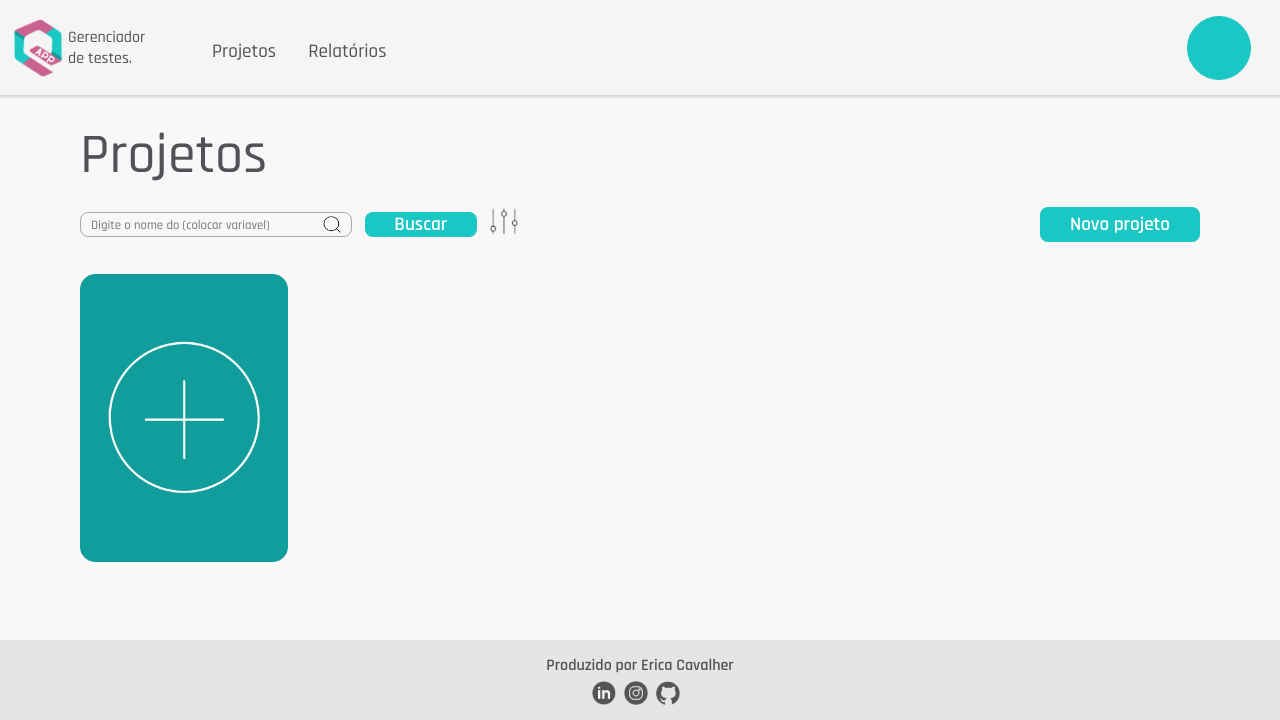
Repository: kika-cavalher/qapp-web
Page: /
These files come from the project's save history. The page is drawn as it stood at one moment and after the next save; the edit follows.
The browser window is 1280 px wide. The pictures show the whole page.
The page's requests for data from a server got no answer. The project was rebuilt for these pictures with package versions that can differ from the ones it lists, and the page was loaded fresh each time. No one was signed in, and anything a server would have sent is missing. Also part of the build but not shown: src/components/Global/modal/style.scss, src/components/Global/modal/index.tsx, src/hooks/useAuth.ts, src/styles/pages/signIn.scss, src/components/Pages/auth/SignIn.tsx, src/styles/pages/signUp.scss, src/components/Pages/auth/SignUp.tsx. Imported but missing from the stored project, and not drawn on this page: src/components/PageDefault/head/logo/logo.

Above is the page before, as saved 2022-03-24 18:25:23.

### public/index.html
<!DOCTYPE html>
<html lang="pt-br">
  <head>
    <meta charset="utf-8" />
    <meta name="viewport" content="width=device-width, initial-scale=1" />

    <link rel="preconnect" href="https://fonts.googleapis.com">
    <link rel="preconnect" href="https://fonts.gstatic.com" crossorigin>
    <link href="https://fonts.googleapis.com/css2?family=Rajdhani:wght@300;400;500;600;700&display=swap" rel="stylesheet">

    <title>QApp</title>
  </head>
  <body>
    <noscript>You need to enable JavaScript to run this app.</noscript>
    <div id="root"></div>
  </body>
</html>

### src/index.tsx
import React from 'react';
import ReactDOM from 'react-dom';
import App from './App';

import './styles/styles.scss';
import './services/firebase'


ReactDOM.render(
  <React.StrictMode>
    <App />
  </React.StrictMode>,
  document.getElementById('root')
);

### src/App.tsx
import { AuthContextProvider } from './contexts/AuthContext'
import { BrowserRouter, Routes, Route } from "react-router-dom";

import { ProjectPage  } from "./components/Pages/project";
import { LoginPage } from "./components/Pages/auth/signIn";
import { RegisterPage } from "./components/Pages/auth/signUp";


function App() {
  return (
    <BrowserRouter>
      <AuthContextProvider>
        <Routes>
          <Route path="/" element={<ProjectPage  />} />
          <Route path="auth/sign-in" element={<LoginPage />} />
          <Route path="auth/sign-up" element={<RegisterPage  />} />
        </Routes>
      </AuthContextProvider>
    </BrowserRouter>
  );
}

export default App;

### src/styles/styles.scss
@import 'variables.scss';

* {
    box-sizing: border-box;
    margin: 0;
    padding: 0;
  }

  body {
    background: $white-offwhite;
    color: $dark-grey;
  }

  body, input, button, textarea {
    font: 400 16px 'Rajdhani', sans-serif;
  }

### src/services/firebase.ts
import firebase from 'firebase/compat/app';
import 'firebase/compat/auth';
import { getFirestore } from "firebase/firestore";


const firebaseConfig = {
  apiKey: process.env.REACT_APP_API_KEY,
  authDomain: process.env.REACT_APP_AUTH_DOMAIN,
  databaseURL: process.env.REACT_APP_DATABASE_URL,
  projectId: process.env.REACT_APP_PROJECT_ID,
  storageBucket: process.env.REACT_APP_STORAGE_BUCKET,
  messagingSenderId: process.env.REACT_APP_MESSAGING_SENDER_ID,
  appId: process.env.REACT_APP_APP_ID
};

firebase.initializeApp(firebaseConfig);

const auth = firebase.auth();
const database = getFirestore();

export { firebase, auth, database }

### src/contexts/AuthContext.tsx
import { createContext, ReactNode, useEffect, useState } from "react";
import { createUserWithEmailAndPassword, signInWithEmailAndPassword, getAuth } from "firebase/auth"
import firebase from "firebase/compat";


type User = {
  email: string;
  password: string;
}

type AuthContextProviderProps = {
  children?: ReactNode | undefined;
}

type AuthContextType = {
  user: User | undefined;
  signIn: (props: User) => Promise<void>;
  signUp: (props: User) => Promise<void>;
  // signInWithGoogle: () => Promise<void>;
}


export const AuthContext = createContext({} as AuthContextType);

export const AuthContextProvider = (props: AuthContextProviderProps) => {
  const [user, setUser] = useState<User>();
  const auth = getAuth();


  const signIn = async (props: User) => {
    signInWithEmailAndPassword(auth, props.email, props.password)
    .then((userCredential) => {
      if (!userCredential) {
        throw new Error('Missing information from Google Account.');
      }
      setUser({
        email: props.email,
        password: props.password
      })
    })
    .catch((error) => {
      console.log(error.code & error.message);
    })
  }


  const signUp = async (props: User) => {
    createUserWithEmailAndPassword(auth, props.email, props.password)
    .then((userCredential) => {
      console.log(userCredential.user);
    })
    .catch((error) => {
      console.log(error.code & error.message);
    })
  };

  // async function signInWithGoogle() {
  //   const provider = new firebase.auth.GoogleAuthProvider();
  //   const result = await auth.signInWithPopup(provider);
  //   .then((userCredential) => {
  //     if (!userCredential) {
  //       throw new Error('Missing information from Google Account.');
  //     }
  //     setUser({
  //       email: email,
  //       password: password
  //     })
  //   })
  //   .catch((error) => {
  //     console.log(error.code & error.message);
  //   })
  // }

  useEffect(() => {
    const unsubscribe = auth.onAuthStateChanged(user => {
      if (user) {
        const { email } = user

        if (!email) {
          throw new Error('Missing information from your Account.');
        }
        setUser({
          email: email,
          //erro , onde pega a senha?
          password: user.refreshToken
        })
      }
    })

    return () => {
      unsubscribe();
    }
  }, [])

  //useImperativeHandle?

  return (
    <AuthContext.Provider  value={{user, signIn, signUp}}>
      {props.children}
    </AuthContext.Provider>
  )

}

### src/components/Pages/project/index.tsx
import { useCallback, useRef } from "react";

import { TopMenu } from "../../PageDefault/head/menu";
import { Search } from "../../Global/search";
import { Footer } from "../../PageDefault/footer";
import Modals, { ModalHandles } from "../../Global/modal";
import { Button } from "../../Global/button";

import iconAdd from '../../../assets/icon/add.png';
import './style.scss'

export function ProjectPage () {
    const arrumarVariavel = "Projetos";
    const modalRef = useRef<ModalHandles>(null)

    const handleOpenModal = useCallback(() => {
        modalRef.current?.openModal();
    }, [])


    return (
        <div id="page-project">
            <TopMenu />
                <div className='page-project--main__container'>
                    <div className='page-project--container__title'>
                        <h1>{arrumarVariavel}</h1>
                    </div>
                <div className='page-project--container__options'>
                    <Search />
                    <Button
                    onClick={handleOpenModal}
                    className="btn-open-modal">
                        Novo projeto
                    </Button>
                </div>
                <Modals ref={modalRef}/>
                    <div className='page-project--cards'>
                        <div className='page-project--cards__new'>
                            <div className='page-project--cards__new--icon'>
                                <input className='page-project--cards__new--img' type="image" src={iconAdd} alt="icone de orientação para adicionar novo projeto"/>
                            </div>
                        </div>
                    </div>
                </div>
            <Footer />
        </div>
    )
}

### src/styles/variables.scss
//colors
$white: #fff;
$white-offwhite: #f8f8f8;
$dark-offwhite: #f5f5f5;

$transparente: rgba(255, 255, 255, -0.1);
$grey-with-transparency: rgba(0, 0, 0, 0.041);
$black-with-transparency: rgba(0, 0, 0, 0.7);

$light-grey: #e7e4e4;
$medium-grey: #c6c6c9;
$dark-grey: #515158;
$grey_border: #a8a8b3;

$turquoise: #1ac7c5;
$dark-greenish: #119d9c;

$dark-pink: #c86291;
$light-pink: #f8eaea;

$red_google: #ea4335;

// media queries
$monitor-width: 1300px;
@mixin monitor {
    @media (min-width: #{$monitor-width}) {
        @content;
    }
}

$notebook-width: 1300px;
$notebook-height: 700px;
@mixin notebook {
    @media (max-width: #{$notebook-width}) and (min-height: #{$notebook-height}){
        @content;
    }
}

$tablet-width: 850px;
@mixin tablet {
    @media (max-width: #{$tablet-width}){
        @content;
    }
}

$phone-width: 500px;
@mixin phone {
    @media (max-width: #{$phone-width}){
        @content;
    }
}

$screen-slim: 700px;
@mixin slim {
    @media (max-height: #{$screen-slim}) {
        @content;
    }
}

### src/components/PageDefault/head/menu/index.tsx
import { Link } from 'react-router-dom'

import './style.scss'
import Logo from '../logo';

export function TopMenu () {



    return (
        <div id="component--top-menu">
             <div className='component--top-menu__logo'>
                <Logo />
                <p>Gerenciador de testes.</p>
            </div>
            <div className='component--top-menu__pages'>
                <ul className='top-menu__list'>
                    <li className='top-menu__itens'>
                        <Link to='/' className='top-menu__pages--project'>Projetos
                        </Link>
                    </li>
                </ul>
                <ul className='top-menu__list'>
                    <li className='top-menu__itens'>
                        <Link to='/' className='top-menu__pages--reports'>Relatórios
                        </Link>
                    </li>
                </ul>
            </div>
            <div className='component--top-menu__user'>
                <div className='component--user__round'>
{/*                     <h1>{initials}</h1> */}
                </div>
            </div>
        </div>
    )
}

### src/components/Global/search/index.tsx
import { Button } from '../button';

import iconSearch from '../../../assets/icon/search.png';
import iconFilter from '../../../assets/icon/filter.png';
import './style.scss'


export function Search () {
    return (
        <div id="component--search">
            <div className='component--search__input'>
                <input type="text" placeholder="Digite o nome do (colocar variavel)"/>
                <div className='search__input--icon'>
                    <img id="icon-search" src={iconSearch} alt="icone de identificação visual do campo de busca" />
                </div>
            </div>
            <Button
            type="submit"
            className="btn__search">
                Buscar
            </Button>
            <div className='component--filters'>
                <img id="icon-filter" src={iconFilter} alt="icone de identificação visual das opções de filtragem" />
            </div>
        </div>
    )
}

### src/components/PageDefault/footer/index.tsx

import iconLinkedin from '../../../assets/icon/linkedin.png';
import iconInstagram from '../../../assets/icon/instagram.png';
import iconGithub from '../../../assets/icon/github.png';
import './style.scss';

export function Footer () {
    return (
        <div id="component--footer">
            <p>Produzido por Erica Cavalher</p>
            <div className='footer--list__social-media'>
                <img id="icon-add--linkedin" src={iconLinkedin} alt="icone de orientação para adicionar novo projeto" />
                <img id="icon-add--instagram" src={iconInstagram} alt="icone de orientação para adicionar novo projeto" />
                <img id="icon-add--github" src={iconGithub} alt="icone de orientação para adicionar novo projeto" />
            </div>
        </div>
    )
}

### src/components/Global/button/index.tsx

import './style.scss'

//usestate
//onchange
//value
//name


type Button = {
    className?: string
    children?: React.ReactNode
    type?: "button" | "submit" | "reset" | undefined,
    onClick?: () => void,
}

export function Button ({ className, children, onClick, type }: Button) {
    return (
        <div className={className} >
            <button
            onClick={onClick}
            type={type}
            >
                {children}
            </button>
        </div>
    )
}

### src/components/Pages/project/style.scss
@import '../../../styles/variables.scss';

#page-project {
    display: flex;
    flex-direction: column;
    justify-content: space-between;
    height: 100%;
    z-index: 1;
}

.page-project--main__container {
    margin: 1.5rem 5rem;
}

.page-project--container__title {

    h1 {
        color: $dark-grey;
        font-size: 3.5rem;
        font-weight: 500;
    }
}

.page-project--container__options {
        display: flex;
        flex-direction: row;
        justify-content: space-between;
}

.page-project--cards {
    /* Colocar grid 3 card maximo por linha.  */

    .page-project--cards__new {
        background-color: $dark-greenish;
        width: 13rem;
        height: 18rem;
        border: 1px solid $dark-greenish;
        border-radius: 15px;
        color: $dark-grey;
        margin: 1rem 0 3rem 0;

        .page-project--cards__new--icon {
            display: flex;
            align-items: center;
            justify-content: center;
            height: 18rem;

            .page-project--cards__new--img{
                height: 10rem;
                width: 10rem;
            }
        }
    }

}

### src/components/PageDefault/head/menu/style.scss
@import '../../../../styles//variables.scss';

#component--top-menu {
    background: $dark-offwhite;
    border-bottom: 0.5px solid #DAD2D2;
    box-shadow: 0px 2px 2px rgba(0, 0, 0, 0.10);
    display: flex;
    flex-direction: row;
    height: 6rem;
    justify-content: space-between;
}

.component--top-menu__logo {
    align-items: center;
    display: flex;
    flex-direction: row;
    margin-left: 0.5rem;

    #img-logo {
        cursor: pointer;
        height: 60px;
        width: 60px;

        @include phone {
            width: 50px;
        }
    }

    p {
        font-size: 1rem;
        font-weight: 500;
        margin-right: 2rem;
        width: 5rem;
    }
}

.component--top-menu__pages {
    align-items: flex-end;
    display: flex;
    font-size: 1.2rem;
    width: 100%;
    height: 4rem;

    .top-menu__itens {
        list-style: none;
        margin-left: 2rem;

        a {
            color: $dark-grey;
            cursor: pointer;
            font-weight: 500;
            text-decoration: none;
        }

        &:hover {
            margin-bottom: 2px;
            border-bottom: 2px solid $turquoise
        }
    }
}

.component--top-menu__user {
    align-items: center;
    display: flex;
    justify-content: center;
    width: 10rem;

    .component--user__round {
        align-items: center;
        background: $turquoise;
		border: 1px solid $turquoise;
        border-radius: 50%;
        display: flex;
		height: 4rem;
        justify-content: center;
        text-transform: uppercase;
        width: 4rem;

        h1 {
            color: $white
        }
    }
}

### src/components/PageDefault/head/logo/index.tsx
import { useNavigate } from 'react-router-dom';
import logoQapp from '../../../../assets/images/logoQapp.png';

export default function Logo() {

    const history = useNavigate();
    function navigateToHome(e: { preventDefault: () => void; }) {
        e.preventDefault();
        history('/');
    }


    return (
        <img onClick={navigateToHome} id="img-logo" src={logoQapp} alt="Logo da empresa QApp" />
    );
  }

### src/components/Global/search/style.scss
@import '../../../styles/variables.scss';

#component--search {
    display: flex;
    align-items: center;
}

.component--search__input {
    display: flex;
    align-items: center;
    margin-right: 0.8rem;

    input {
        background: $transparente;
        border: 1px solid $grey_border;
        border-radius: 8px;
        color: $dark-grey;
        font-size: 0.8rem;
        font-weight: 500;
        height: 1.6rem;
        margin: 0.5rem 0;
        outline: none;
        padding: 0 10px;
        width: 17rem;
        z-index:2;
    }

    .search__input--icon {
        align-items: flex-end;
        display: flex;
        flex-direction: column;
        position: absolute;
        width: 16.3rem;
        z-index:1;

        img {
            height: 1.1rem;
            width: 1.1rem;
        }
    }
}

.component--filters {
    margin-left: 0.8rem;

    img {
        height: 1.8rem;
        width: 1.8rem;
    }
}

### src/components/PageDefault/footer/style.scss
@import '../../../styles/variables.scss';

#component--footer {
    align-items: center;
    background-color: $light-grey;
    bottom: 0;
    display: flex;
    flex-direction: column;
    height: 5rem;
    justify-content: center;
    position: fixed;
    text-align: center;
    width: 100vw;

    p{
        font-size: 1rem;
        font-weight: 600;
    }

    img {
        margin: 0.3rem 0.5rem 0 0;
        height: 1.5rem;
        width: 1.5rem;
    }

}

.footer--list__social-media {
    display: flex;
    flex-direction: row;
}

### src/components/Global/button/style.scss
@import '../../../styles/variables.scss';

.btn__send {
    display: flex;
    flex-direction: column;
    align-items: center;

    button {
        align-items: center;
        background: $turquoise;
        border: 0;
        border-radius: 8px;
        color: $white;
        cursor: pointer;
        display: flex;
        flex-direction: row;
        font-weight: 600;
        height: 35px;
        justify-content: center;
        margin: 1rem 0;
        width: 10rem;

        @include monitor {
            font-size: 1.2rem;
        }

        @include notebook {
            font-size: 1.2rem;
        }

        @include tablet {
            font-size: 2rem;
            height: 45px;
            width: 15rem;
        }

        @include phone {
            font-size: 1.5rem;
            width: 10rem;
        }

        @include slim {
            font-size: 1.1rem;
            margin: 0.5rem 0;
            width: 8rem;
        }
    }
}

.btn__google {
    display: flex;
    flex-direction: column;
    align-items: center;

    button {
    align-items: center;
    background: $red_google;
    border: 0;
    border-radius: 8px;
    color: $white-offwhite;
    cursor: pointer;
    display: flex;
    flex-direction: row;
    transition: filter 0.2s;
    width: 100%;

        @include monitor {
            font-size: 1rem;
            height: 35px;
        }

        @include notebook {
            font-size: 0.9rem;
            height: 35px;
        }

        @include tablet {
            font-size: 1.2rem;
            height: 45px;
        }

        @include phone {
            font-size: 1rem;
            height: 45px;
        }

        @include slim {
            font-size: 0.8rem;
            height: 35px;
        }
    }

    #img-icon__google {
        margin: 0 5%;
        width: 20px;

        @include phone {
            margin: 0 3%;
            width: 15px;
        }

        @include slim {
            width: 15px;
        }
    }

}

.btn__search {
    display: flex;
    flex-direction: column;
    align-items: center;

    button {
        align-items: center;
        background: $turquoise;
        border: 0;
        border-radius: 8px;
        color: $white;
        cursor: pointer;
        display: flex;
        flex-direction: row;
        font-weight: 600;
        height: 1.6rem;
        justify-content: center;
        margin: 1rem 0;
        width: 7rem;

        @include monitor {
            font-size: 1.2rem;
        }

        @include notebook {
            font-size: 1.2rem;
        }

        @include tablet {
            font-size: 2rem;
            height: 45px;
            width: 10rem;
        }

        @include phone {
            font-size: 1.5rem;
            width: 7rem;
        }

        @include slim {
            font-size: 1.1rem;
            margin: 0.5rem 0;
            width: 5rem;
        }
    }
}

.btn-open-modal {
    display: flex;
    flex-direction: column;
    align-items: center;

    button {
        align-items: center;
        background: $turquoise;
        border: 0;
        border-radius: 8px;
        color: $white;
        cursor: pointer;
        display: flex;
        flex-direction: row;
        font-weight: 600;
        height: 35px;
        justify-content: center;
        margin: 1rem 0;
        width: 10rem;

        @include monitor {
            font-size: 1.2rem;
        }

        @include notebook {
            font-size: 1.2rem;
        }

        @include tablet {
            font-size: 2rem;
            height: 45px;
            width: 15rem;
        }

        @include phone {
            font-size: 1.5rem;
            width: 10rem;
        }

        @include slim {
            font-size: 1.1rem;
            margin: 0.5rem 0;
            width: 8rem;
        }
    }
}

After the next save:
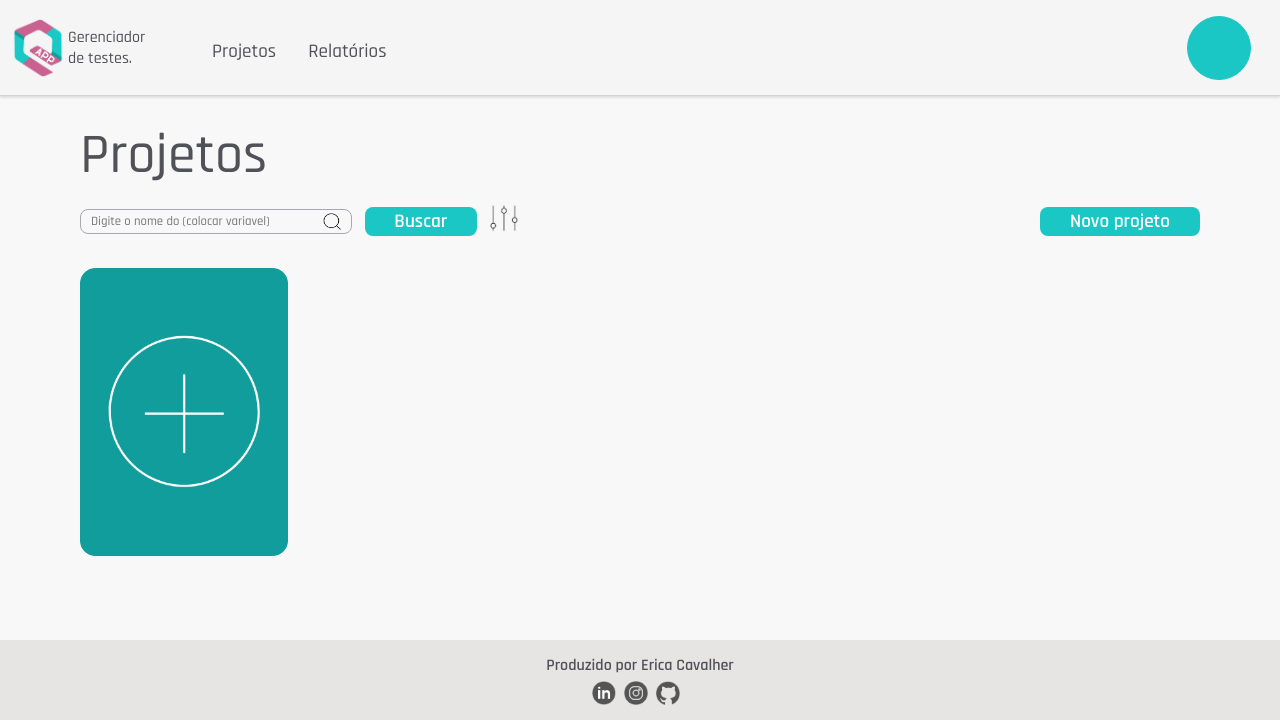
Saved 55 s later.
--- a/src/components/Global/button/style.scss
+++ b/src/components/Global/button/style.scss
@@ -121,7 +121,7 @@
         display: flex;
         flex-direction: row;
         font-weight: 600;
-        height: 1.6rem;
+        height: 1.8rem;
         justify-content: center;
         margin: 1rem 0;
         width: 7rem;
@@ -168,7 +168,7 @@
         display: flex;
         flex-direction: row;
         font-weight: 600;
-        height: 35px;
+        height: 1.8rem;
         justify-content: center;
         margin: 1rem 0;
         width: 10rem;
